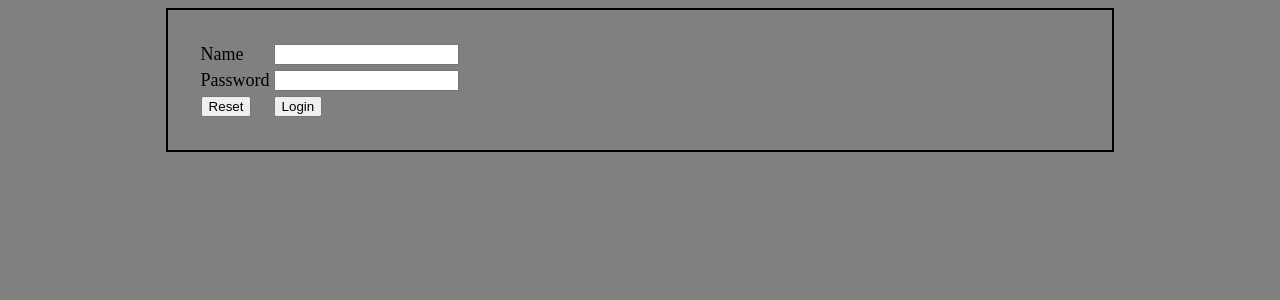
Repository: jks2127/SMS-webApp
Page: sms 1.2/WebContent/index.html
An editor plug-in stored every save of this project. The page is shown before and after the next save, followed by the edit.
The browser window is 1280 px wide. The pictures show the whole page.

Above is the page before, as saved 2021-06-11 12:26:15.

After the next save:
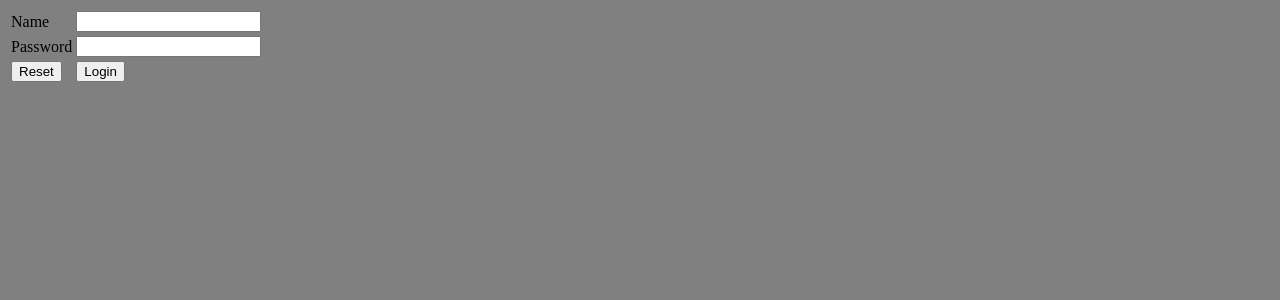
Saved 51 s later.
--- a/sms 1.2/WebContent/index.html
+++ b/sms 1.2/WebContent/index.html
@@ -3,16 +3,6 @@
 <head>
 	<meta charset="ISO-8859-1">
 	<title>Student Management System</title>
-
-	<style>
-		.container{
-		margin: auto;
-		width:70%;
-		border:2px solid black;
-		font-size:18px;
-		padding:30px;
-		}
-	</style>
 </head>
 
 <body id="body" bgcolor="gray" >
